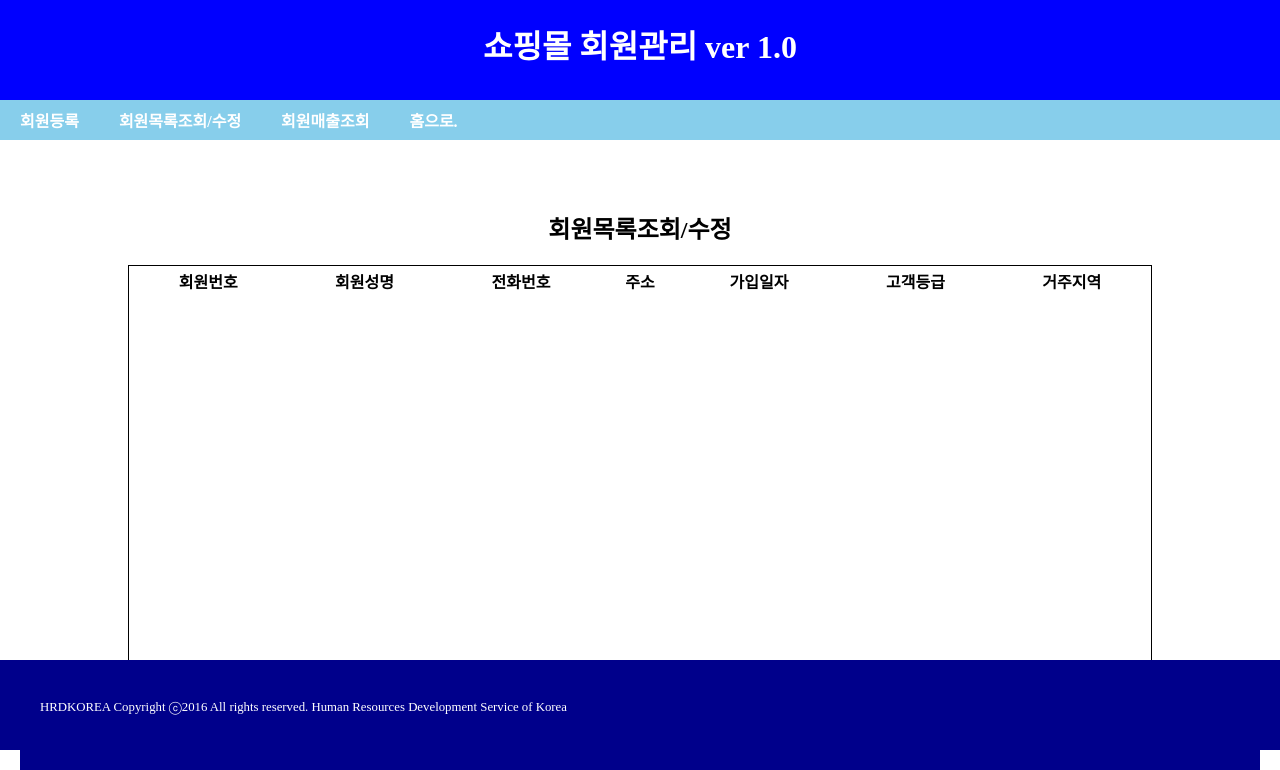
Repository: GotChun/DH_JSP
Page: http://localhost/HRD_1234/memberInfo.jsp
An editor plug-in stored every save of this project. The page is shown before and after the next save, followed by the edit.
The browser window is 1280 px wide. The pictures show the whole page.
The page is served by Tomcat 9.

Above is the page before, as saved 2024-10-25 02:16:01.

After the next save:
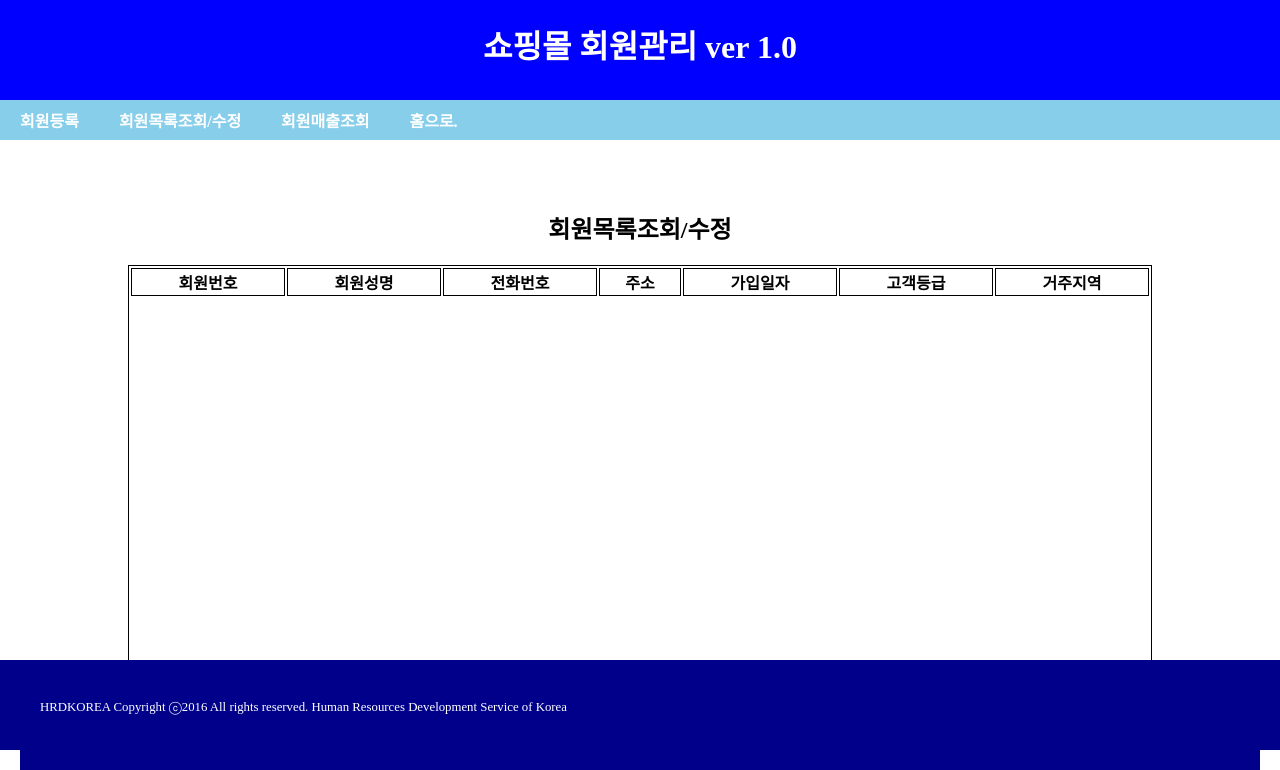
Saved 11 s later.
--- a/hrdkorea/HRD_1234/src/main/webapp/memberInfo.jsp
+++ b/hrdkorea/HRD_1234/src/main/webapp/memberInfo.jsp
@@ -10,8 +10,8 @@
 
 	section{height:calc(100vh - 250px);}
 
-	section>td,
-	section>th{
+	section td,
+	section th{
 		border : 1px solid;
 	}
 </style>
